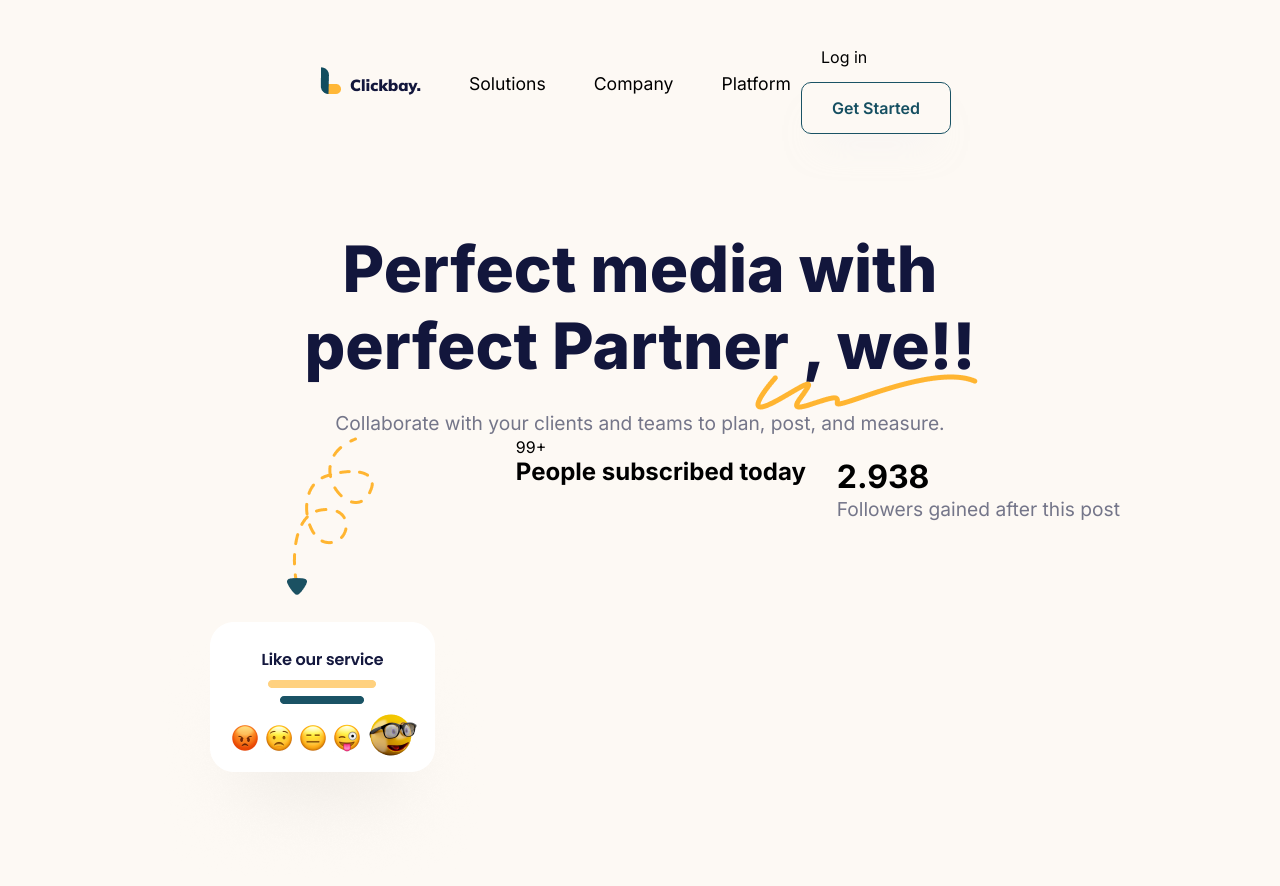
Repository: badhon252/Clickbay
Page: index.html
These files come from the project's save history. The page is drawn as it stood at one moment and after the next save; the edit follows.
The browser window is 1280 px wide. The pictures show the whole page.
The style sheet was rebuilt from its Sass, Less or Tailwind sources for each picture, by a compiler version that may differ from the author's.

Above is the page before, as saved 2022-09-04 02:24:43.

After the next save:
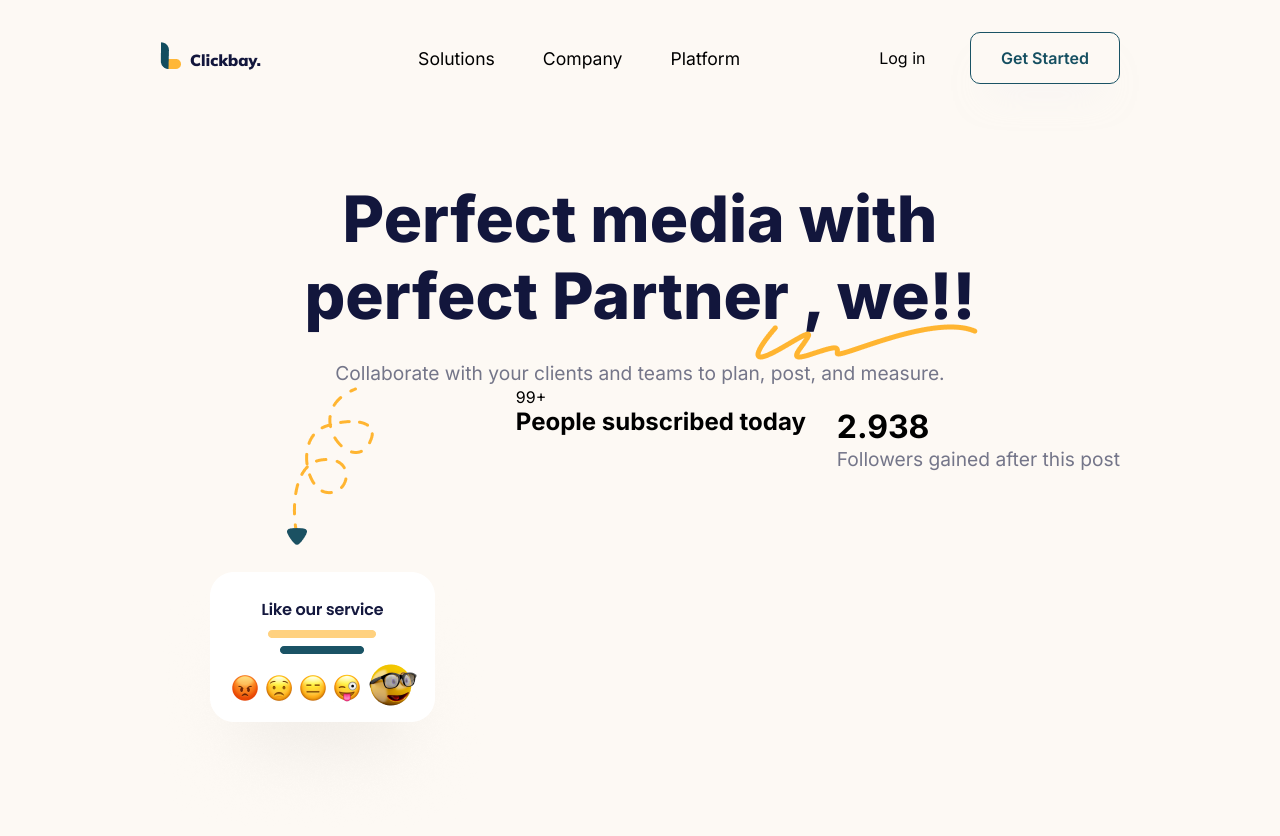
Saved 10 s later.
--- a/index.html
+++ b/index.html
@@ -14,7 +14,7 @@
         <div class="container">
 
 
-            <nav class="navbar container">
+            <nav class="navbar">
                 <div class="navbar_brand">
                     <img src="./images/logo.png" alt="Image not found!">
                 </div>
